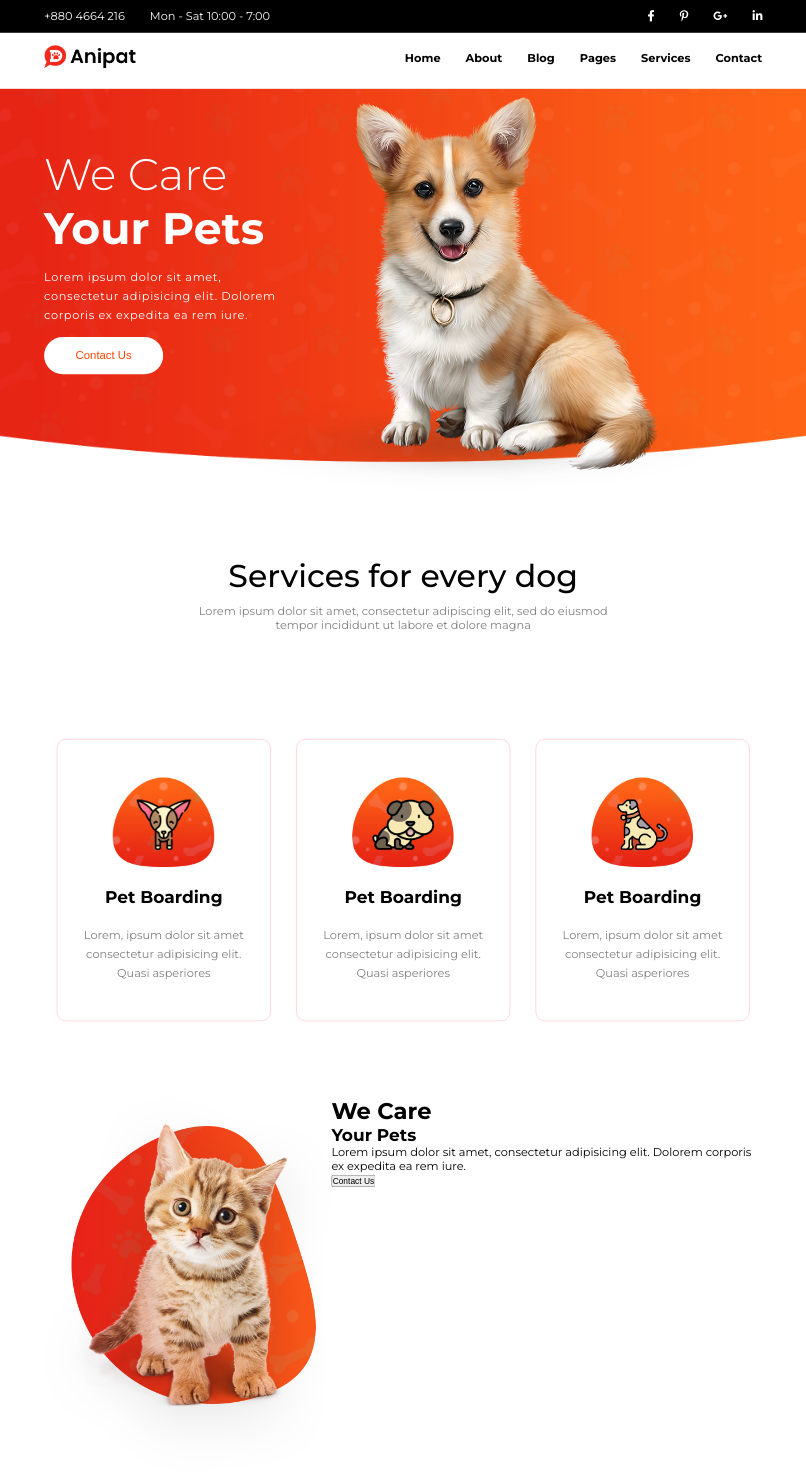
Repository: giahuy405/Day_2_Anipat
Page: index.html
The author's editor kept a copy of each file at every save. The page is drawn from the files as they stood at one save, then again after the next save.
The browser window is 1280 px wide. The pictures show the whole page, at 63% of full size.

Above is the page before, as saved 2022-09-08 23:32:20.

### index.html
<!DOCTYPE html>
<html lang="en">
<head>
    <meta charset="UTF-8">
    <meta http-equiv="X-UA-Compatible" content="IE=edge">
    <meta name="viewport" content="width=device-width, initial-scale=1.0">
    <title>Anipat</title>
    <link rel="stylesheet" href="https://cdnjs.cloudflare.com/ajax/libs/font-awesome/6.2.0/css/all.min.css">
    <link href="https://fonts.googleapis.com/css2?family=Montserrat:wght@300;400;500;700&display=swap" rel="stylesheet">
    <link rel="stylesheet" href="./css/index.css">
</head>
<body>
    <header>
        <div class="header-top">
            <div class="container">
                <div class="header__contact">
                    <a href="#">+880 4664 216 </a>
                    <span>Mon - Sat 10:00 - 7:00</span>
                </div>
                <div class="header__social">
                    <ul>
                        <li><a href="#"><i class="fa-brands fa-facebook-f"></i></a></li>
                        <li><a href="#"><i class="fa-brands fa-pinterest-p"></i></a></li>
                        <li><a href="#"><i class="fa-brands fa-google-plus-g"></i></a></li>
                        <li><a href="#"><i class="fa-brands fa-linkedin-in"></i></a></li>
                    </ul>
                </div>
                <div class="clear"></div>
            </div>
        </div>
        <div class="header-bottom container">
            <img src="./img/logo.png" alt="Logo">
            <ul>
                <li><a href="#">Home</a></li>
                <li><a href="#">About</a></li>
                <li><a href="#">Blog</a></li>
                <li><a href="#">Pages</a></li>
                <li><a href="#">Services</a></li>
                <li><a href="#">Contact</a></li>
            </ul>
            <div class="clear"></div>
        </div>

    </header>
    <div class="carousel">
        <div class="container">
            <div class="carousel__content">
                <h1>We Care</h1>
                <h2>Your Pets</h2>
                <p>Lorem ipsum dolor sit amet, consectetur adipisicing elit. Dolorem corporis ex expedita ea rem iure.</p>
                <button>Contact Us</button>
            </div>
            <div class="carousel__dog">
                <img src="./img/dog.png" alt="Dog">
            </div>
            <div class="clear"></div>
        </div>
    </div>
    <div class="service">
        <div class="service-top">
            <h1>Services for every dog</h1>
            <p>Lorem ipsum dolor sit amet, consectetur adipiscing elit, sed do eiusmod tempor incididunt ut labore et dolore magna</p>
        </div>
        <div class="service-bottom container">
            <div class="service-card">
                <div class="service__item">
                    <div class="service__background">
                        <img src="./img/service_icon_1.png" alt="">
                    </div>
                    <h2>Pet Boarding</h2>
                    <p>Lorem, ipsum dolor sit amet consectetur adipisicing elit. Quasi asperiores</p>
                </div>
            </div>
            <div class="service-card">
                <div class="service__item">
                    <div class="service__background">
                        <img src="./img/service_icon_2.png" alt="">
                    </div>
                    <h2>Pet Boarding</h2>
                    <p>Lorem, ipsum dolor sit amet consectetur adipisicing elit. Quasi asperiores</p>
                </div>
            </div>
            <div class="service-card">
                <div class="service__item">
                    <div class="service__background">
                        <img src="./img/service_icon_3.png" alt="">
                    </div>
                    <h2>Pet Boarding</h2>
                    <p>Lorem, ipsum dolor sit amet consectetur adipisicing elit. Quasi asperiores</p>
                </div>
            </div>
            <div class="clear"></div>
        </div>
    </div>
    <div class="netcare container">
        <div class="netcare__cat">
            <img src="./img/pet_care.png" alt="pet care">
        </div>
        <div class="netcare__content">
                <h1>We Care</h1>
                <h2>Your Pets</h2>
                <p>Lorem ipsum dolor sit amet, consectetur adipisicing elit. Dolorem corporis ex expedita ea rem iure.</p>
                <button>Contact Us</button>
        </div>
        <div class="clear"></div>
    </div>
</body>
</html>

### css/index.css
*{
    padding: 0;
    margin: 0;
    box-sizing: border-box;
}
.clear{
    clear: both;
}
html{
    font-size: 18px;
    font-family: 'Montserrat', sans-serif;
}
.container{
    width: 1140px;
    margin: 0 auto;
}
.header__contact{
    float: left;
}
.header__social{
    float: right;
}
.header-top{
    background-color: black;
    padding: 15px;
}
.header__contact a{
     color: white;
     text-decoration: none;
     transition: all 0.2s;
}
.header__contact a:hover{
    color: red;
}
.header__contact span{
    color: white;
    margin-left: 35px;
}
.header__social ul,.header-bottom ul{
    list-style: none;
}
.header__social li,.header-bottom li{
    display: inline;
    margin-left: 35px;
}
.header__social i{
    color: white;
    transition: all 0.2s;
}
.header__social i:hover{
    color: red;
}
.header-bottom ul{
    float: right;
}
.header-bottom a{
    text-decoration: none;
    font-weight: bold;
    color: black;
    transition: all 0.2;
    line-height: 40px;
}
.header-bottom a:hover{
    color: red;
}
.header-bottom{
    padding: 20px 0;
}
.carousel{
    background-image: url(../img/banner.png);
    background-position: center bottom;
    background-repeat: no-repeat;
    background-size: 100%;
    height: 600px;
    position: relative;
    margin-bottom: 150px;
}
.carousel__content{
    float: left;
    width: 33%;
    padding-top: 100px;
}
.carousel__dog{
    float: left;
    width: 67%;
    position: absolute;
    top: -10px;
    left: 315px;
    padding: 30px;
}
.carousel__content h1{
    color: white;
    font-size: 70px;
    font-weight: 300;
}
.carousel__content h2{
    color: white;
    font-size: 70px;
    font-weight: 700;
}
.carousel__content p{
    color: white;
    line-height: 30px;
    letter-spacing: 1px;
    margin: 20px 0;
}
.carousel__content button{
    padding: 19px 50px;
    border-radius: 30px;
    border: none;
    font-size: 18px;
    background-color: white;
    color: orangered;
    cursor: pointer;
}
.carousel__content button:hover{
    background-color: orangered;
    color: white;
}
.carousel__dog img{
    width: 100%;

}
.service{
    text-align: center;
    margin-bottom: 100px;
}
.service-top h1{
    font-weight: 500;
    font-size: 50px;
    margin-bottom: 15px;
}
.service-top p{
    padding: 0 300px;
    color: grey;
}
.service-top{
    margin-bottom: 150px;
}
.service-card{
    float: left;
    width: 33.3333%;
}
.service__background{
    background-image: url(../img/service_icon_bg_1.png);
    width: 161px;
    height: 143px;
    background-position: center;
    margin: 0 auto;
}
.service__item{
    border: 1px solid pink;
    border-radius: 15px;
    padding: 60px 40px;
}
.service-card{
    padding: 20px;
}
.service__item img{
    padding-top: 35px;
}
.service__item h2{
    margin: 30px 0;
}
.service__item p{
    color: grey;
    line-height: 30px;
}
.netcare__cat{
    float: left;
    width: 40%;
}
.netcare__content{
    float: left;
    width: 60%;
}
.netcare__cat img{
    width: 100%;
}

After the next save:
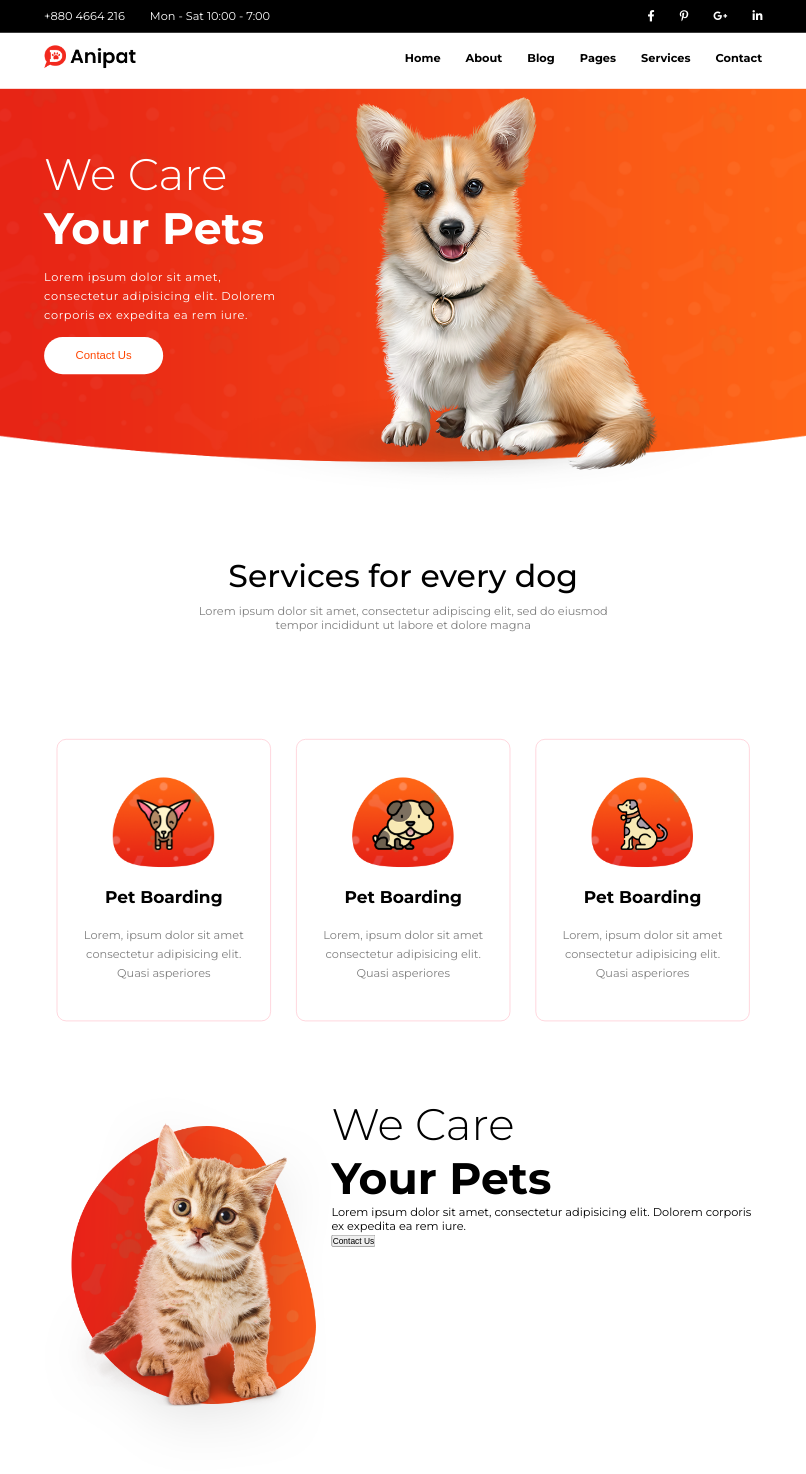
Saved 48 s later.
--- a/css/index.css
+++ b/css/index.css
@@ -177,3 +177,13 @@ html{
 .netcare__cat img{
     width: 100%;
 }
+.netcare__content h1{
+    color: black;
+    font-size: 70px;
+    font-weight: 300;
+}
+.netcare__content h2{
+    color: black;
+    font-size: 70px;
+    font-weight: 700;
+}
